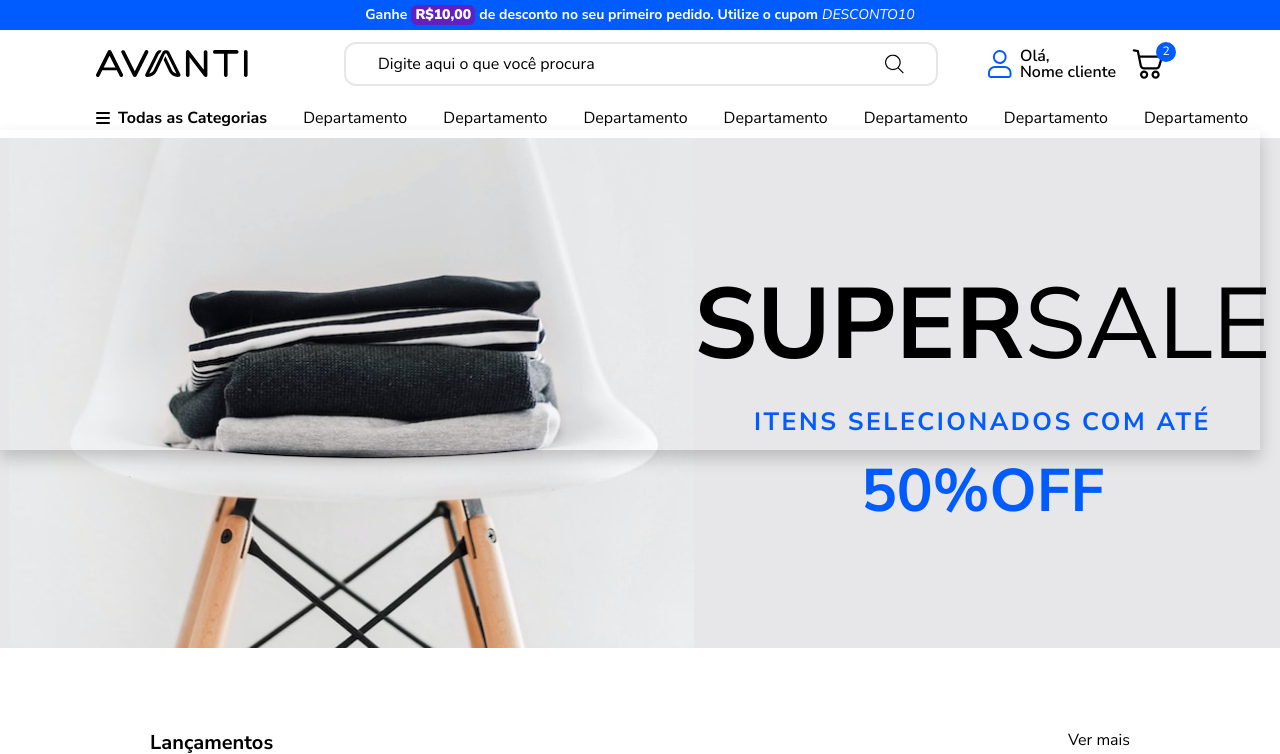
Repository: chidekina/avanti-01
Page: index.html
The author's editor kept a copy of each file at every save. The page is drawn from the files as they stood at one save, then again after the next save.
The browser window is 1280 px wide. The pictures show the part of the page from y = 0 to 754 px (the page is 4120 px tall).
A picture or video elsewhere on the page could not be fetched, so the positions and the page height are approximate.

Above is the page before, as saved 2025-04-11 19:56:38.
Console error: TypeError: Cannot set properties of null (setting 'innerHTML')

After the next save:
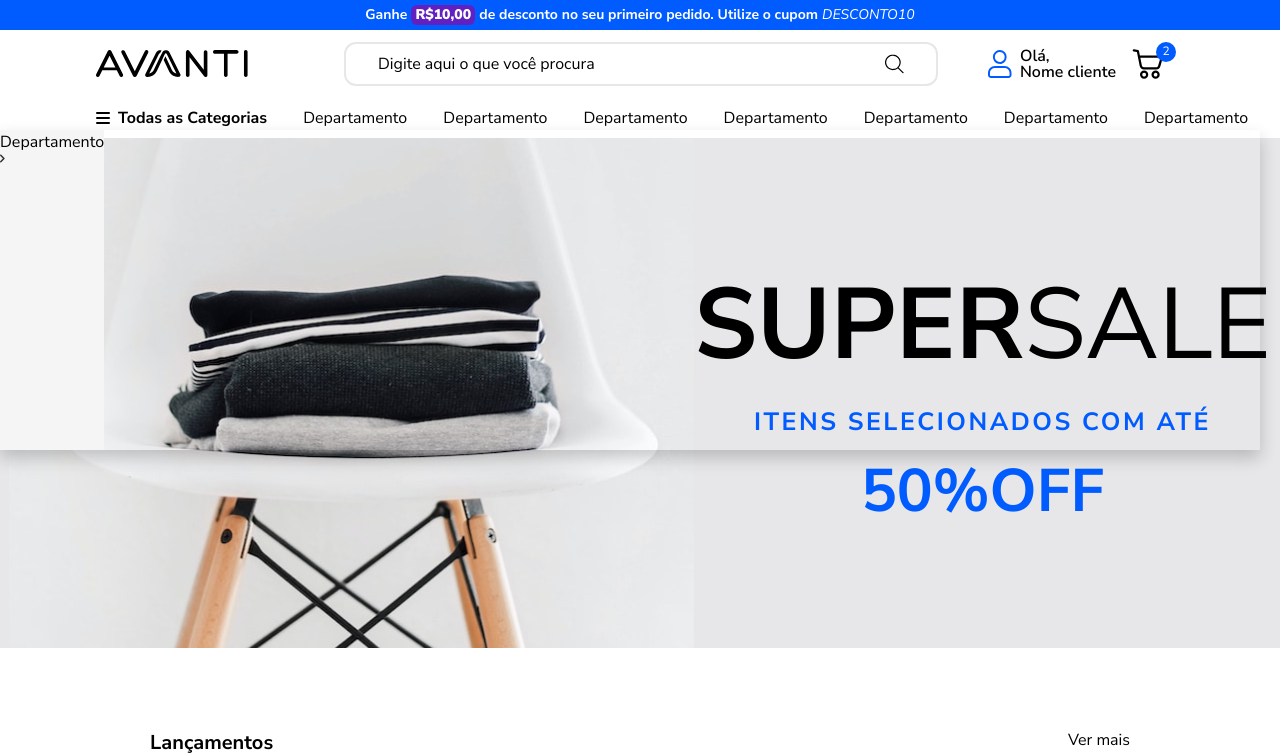
Saved 29 s later.
--- a/index.html
+++ b/index.html
@@ -79,7 +79,12 @@
       </div>
       <div class="flex w-[1260px] h-[320px]" id="dropdown-content">
         <ul class="bg-(--bg-lighter) overflow-y-scroll" id="categories-list">
-
+          <li>
+            <p>
+              Departamento
+            </p>
+            <img src="./assets/arrow.svg"
+          </li>
         </ul>
       </div>
     </header>
